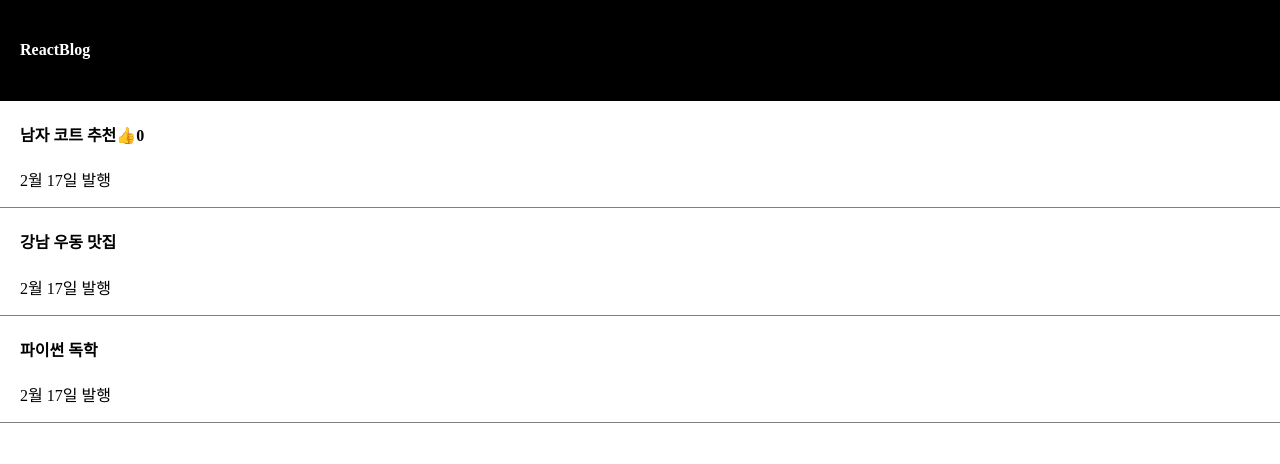
Repository: thinkseaweave/applecoding
Page: /
An editor plug-in stored every save of this project. The page is shown before and after the next save, followed by the edit.
The browser window is 1280 px wide. The pictures show the whole page.
The project was rebuilt for these pictures with package versions that can differ from the ones it lists, and the page was loaded fresh each time. Also part of the build but not shown: vite.config.js, src/index.css.

Above is the page before, as saved 2025-01-26 14:31:03.

### src/App.jsx
/* eslint-disable */

import { useState } from "react";
import "./App.css";

function App() {
  const post = "강남 우동 맛집";
  let [글제목, 글제목변경] = useState([
    "남자 코트 추천",
    "강남 우동 맛집",
    "파이썬 독학",
  ]);
  let [따봉, 따봉변경] = useState(0);

  function 함수() {
    console.log(1);
  }

  return (
    <div className="App">
      <div className="black-nav">
        <h4>ReactBlog</h4>
      </div>
      <div className="list">
        <h4>
          {글제목[0]}
          <span
            onClick={() => {
              따봉변경(따봉 + 1);
            }}
          >
            👍
          </span>
          {따봉}
        </h4>
        <p> 2월 17일 발행</p>
      </div>
      <div className="list">
        <h4>{글제목[1]}</h4>
        <p> 2월 17일 발행</p>
      </div>
      <div className="list">
        <h4>{글제목[2]}</h4>
        <p> 2월 17일 발행</p>
      </div>
      {/* <h4 style={{ color: "blue", fontSize: "30px" }}>{post}</h4> */}
    </div>
  );
}

export default App;

### src/App.css
body {
  margin: 0;
}

div {
  box-sizing: border-box;
}
.list {
  text-align: left;
  padding-left: 20px;
  border-bottom: 1px solid grey;
}

.black-nav {
  background: black;
  width: 100%;
  display: flex;
  color: white;
  padding: 20px;
}

Loaded but not shown: index.html (common file); src/main.jsx (common file)

After the next save:
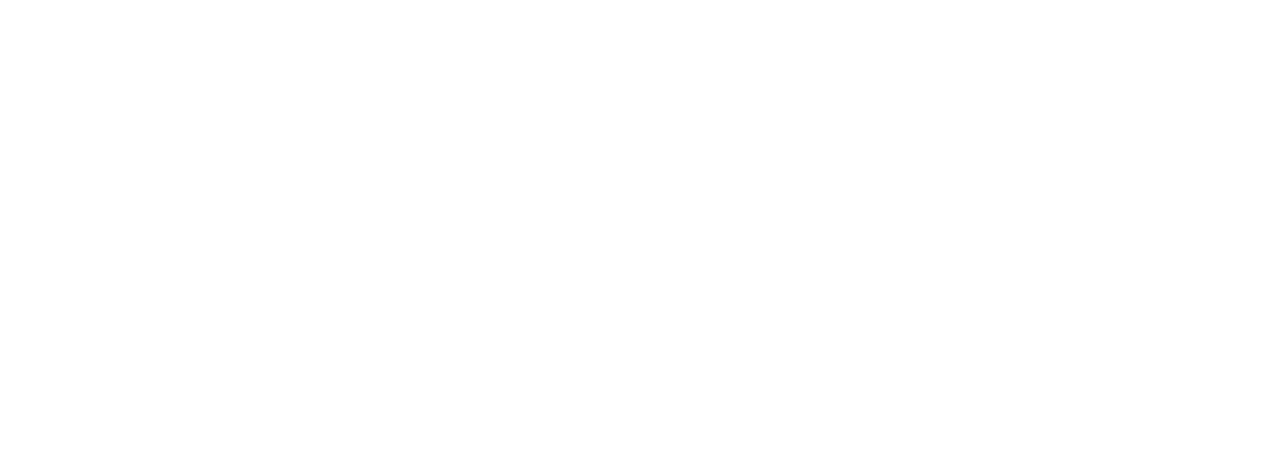
Console error: ReferenceError: 제목변경 is not defined
Saved 88 s later.
--- a/src/App.jsx
+++ b/src/App.jsx
@@ -31,6 +31,7 @@
           >
             👍
           </span>
+          <button onClick={제목변경(["여자 코트 추천"])}>제목변경</button>
           {따봉}
         </h4>
         <p> 2월 17일 발행</p>

After the 4 saves that followed:
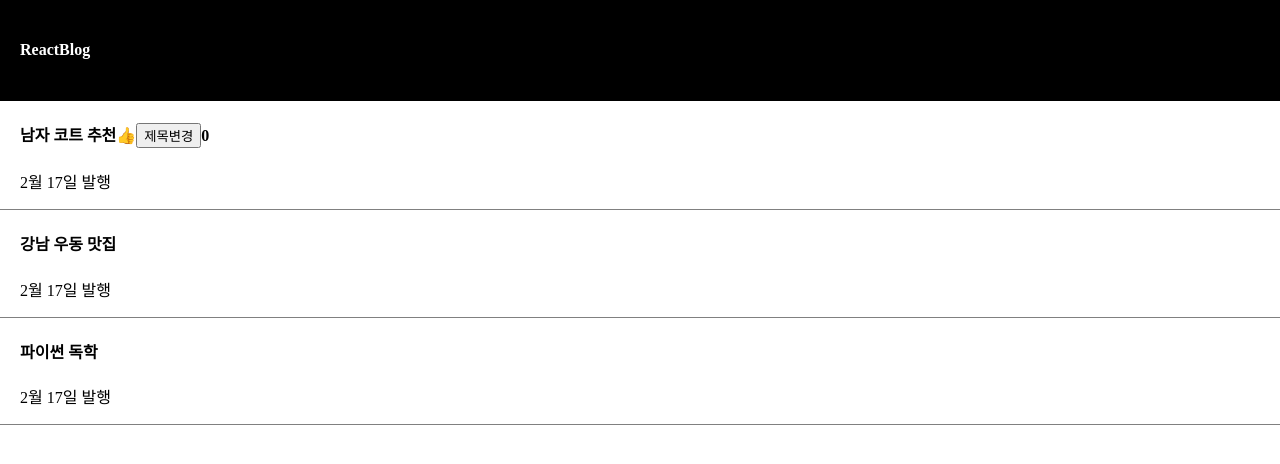
The error is gone.
The 4 saves are shown as one change because 1 did not build or start and 2 left the picture as it was.
The last was saved 2 min 3 s later.
--- a/src/App.jsx
+++ b/src/App.jsx
@@ -31,7 +31,14 @@
           >
             👍
           </span>
-          <button onClick={제목변경(["여자 코트 추천"])}>제목변경</button>
+          <button
+            onClick={() => {
+              글제목[0] = "여자 코드 추천";
+              글제목변경(글제목);
+            }}
+          >
+            제목변경
+          </button>
           {따봉}
         </h4>
         <p> 2월 17일 발행</p>
